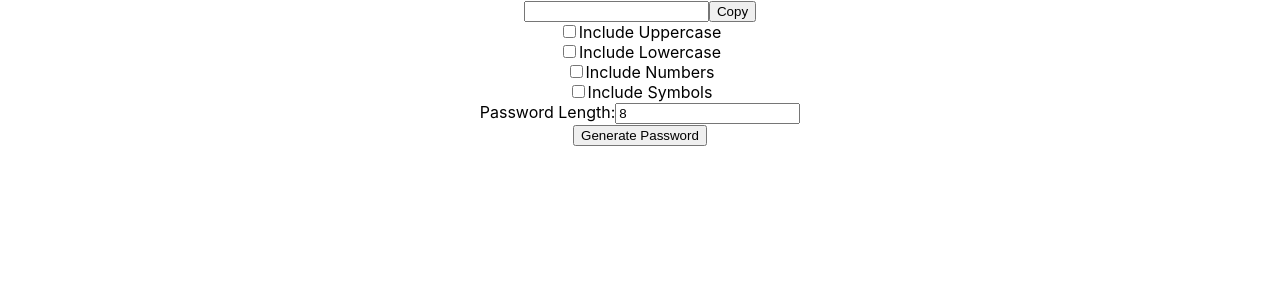
Repository: sriram1224/Password-generator
Page: / (app in password-generator/)
These files come from the project's save history. The page is drawn as it stood at one moment and after the next save; the edit follows.
The browser window is 1280 px wide. The pictures show the whole page.
The project was rebuilt for these pictures with package versions that can differ from the ones it lists, and the page was loaded fresh each time.

Above is the page before, as saved 2024-03-10 21:11:37.

After the next save:
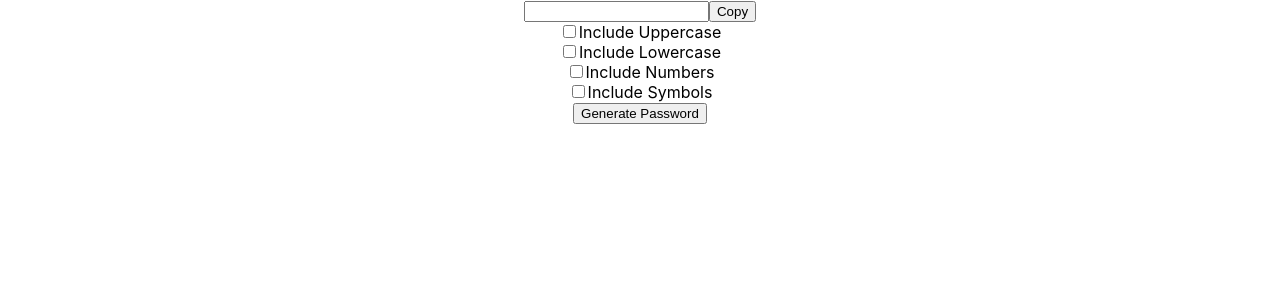
Saved 31 s later.
--- a/password-generator/src/Components/content.js
+++ b/password-generator/src/Components/content.js
@@ -64,12 +64,7 @@ const PasswordGenerator = () => {
           Include Symbols
         </label>
       </div>
-      <div>
-        <label>
-          Password Length:
-          <input type="number" value={passwordLength} onChange={(e) => setPasswordLength(parseInt(e.target.value))} />
-        </label>
-          </div>
+
           <button onClick={generatePassword}>Generate Password</button>
     </div>
   );
